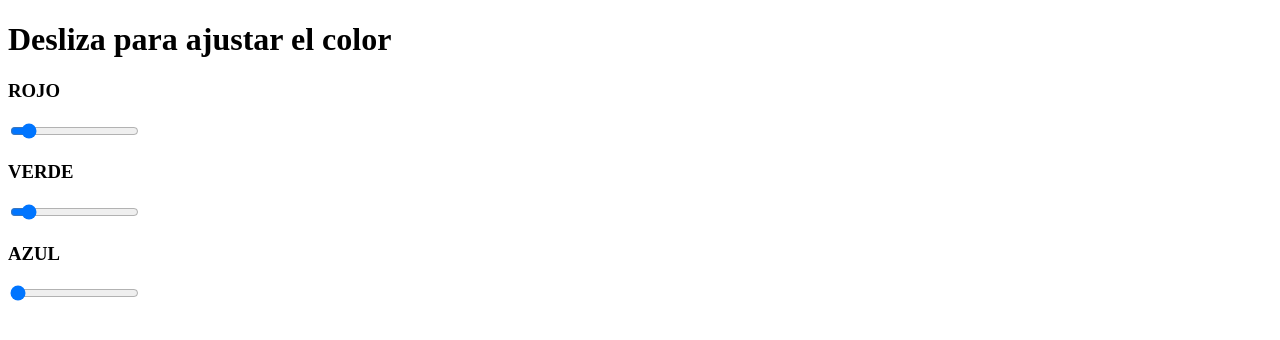
Repository: Kevin8548/Ejercicios-DOM
Page: DeslizadorColor.html
These files come from the project's save history. The page is drawn as it stood at one moment and after the next save; the edit follows.
The browser window is 1280 px wide. The pictures show the whole page.

Above is the page before, as saved 2024-10-07 02:03:33.

After the next save:
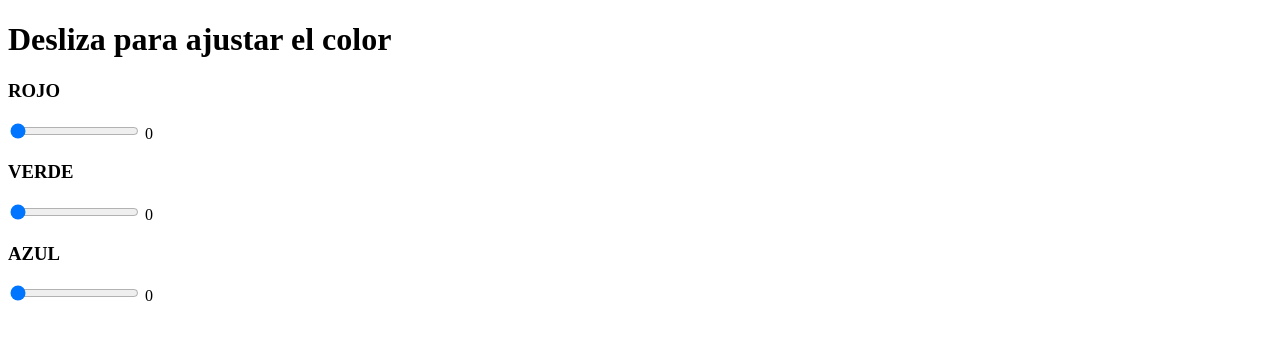
Saved 39 s later.
--- a/DeslizadorColor.html
+++ b/DeslizadorColor.html
@@ -15,12 +15,19 @@
 </head>
 <body>
     <h1>Desliza para ajustar el color</h1>
+
     <h3>ROJO</h3>
-    <input type="range" id="Rojo" min="0" max="1000" value="100" step="1">
+    <input type="range" id="Rojo" min="0" max="255" value="0" step="1" oninput="updateColor()">
+    <span id="RojoValue">0</span>
+
     <h3>VERDE</h3>
-    <input type="range" id="Verde" min="0" max="1000" value="100" step="1">
+    <input type="range" id="Verde" min="0" max="255" value="0" step="1" oninput="updateColor()">
+    <span id="VerdeValue">0</span>
+
     <h3>AZUL</h3>
-    <input type="range" id="Azul" min="0" max="500" value="0" step="1">
+    <input type="range" id="Azul" min="0" max="255" value="0" step="1" oninput="updateColor()">
+    <span id="AzulValue">0</span>
+
     <script src="./colorsbg/deslizadorColor.js"></script>
 </body>
 </html>
